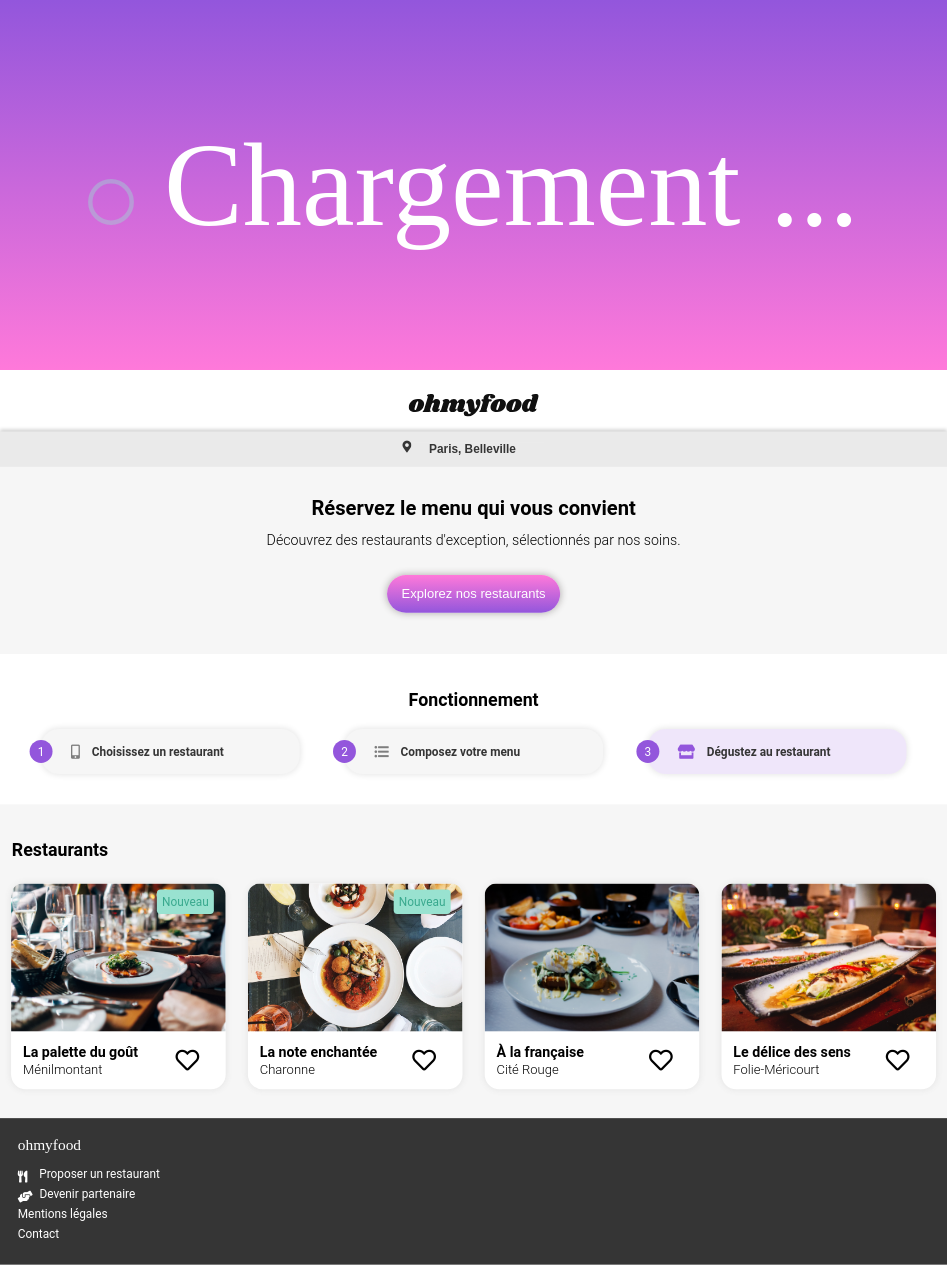
Repository: AlexisTisserand/AlexisTisserand_3_24112020
Page: index.html
These files come from the project's save history. The page is drawn as it stood at one moment and after the next save; the edit follows.
The browser window is 1280 px wide. The pictures show the whole page, at 74% of full size.
Some web libraries are served in a nearby version. The style sheet was rebuilt from its Sass, Less or Tailwind sources for each picture, by a compiler version that may differ from the author's.

Above is the page before, as saved 2020-12-09 15:08:53.

After the next save:
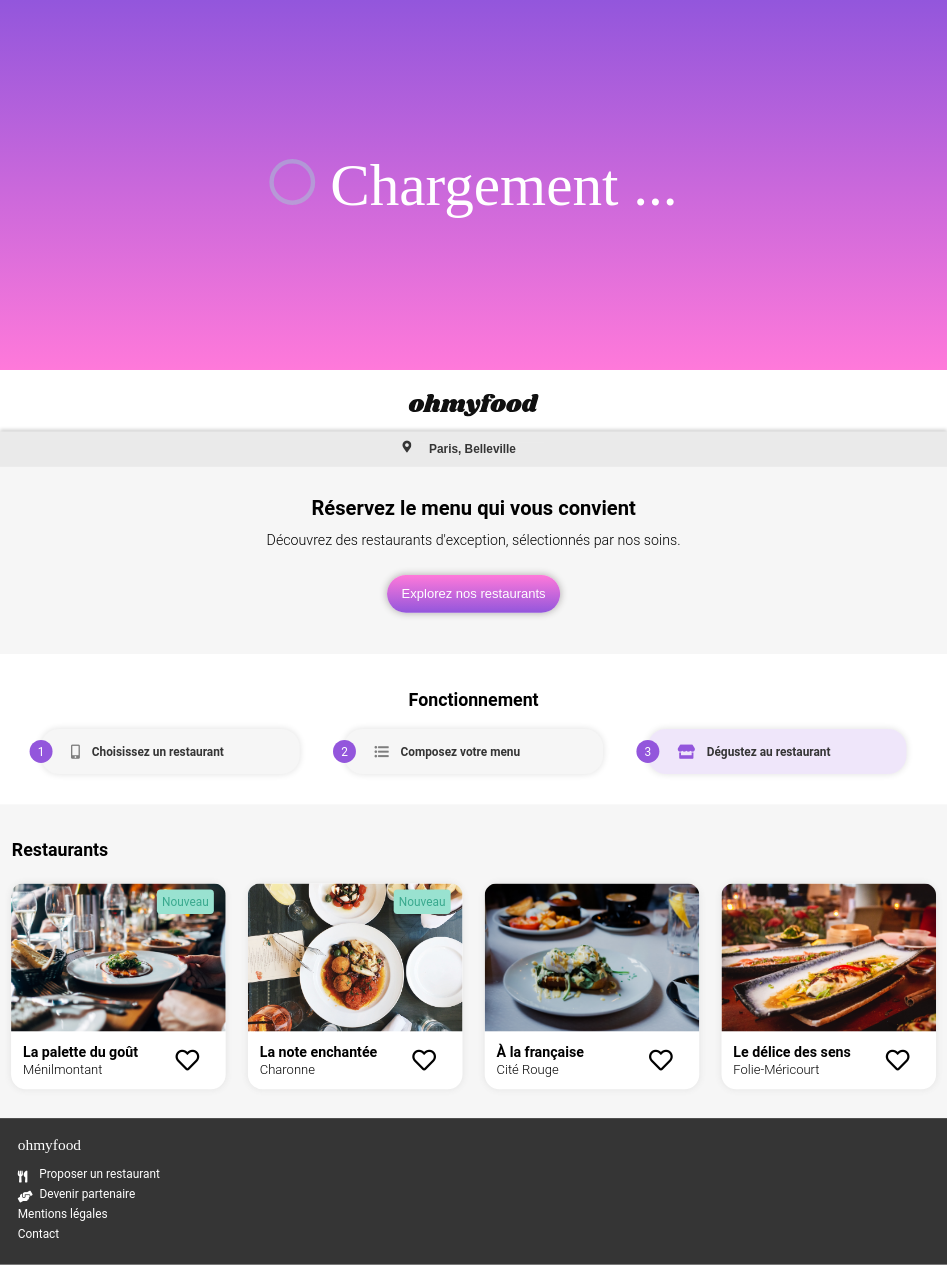
Saved 7 s later.
--- a/sass/style.scss
+++ b/sass/style.scss
@@ -47,7 +47,7 @@ $size: 1rem;
     line-height: 500px;
     text-align: center;
     color: white;
-    font-size: 10rem;
+    font-size: 5rem;
     font-family: 'Shrikhand';
 }
 
